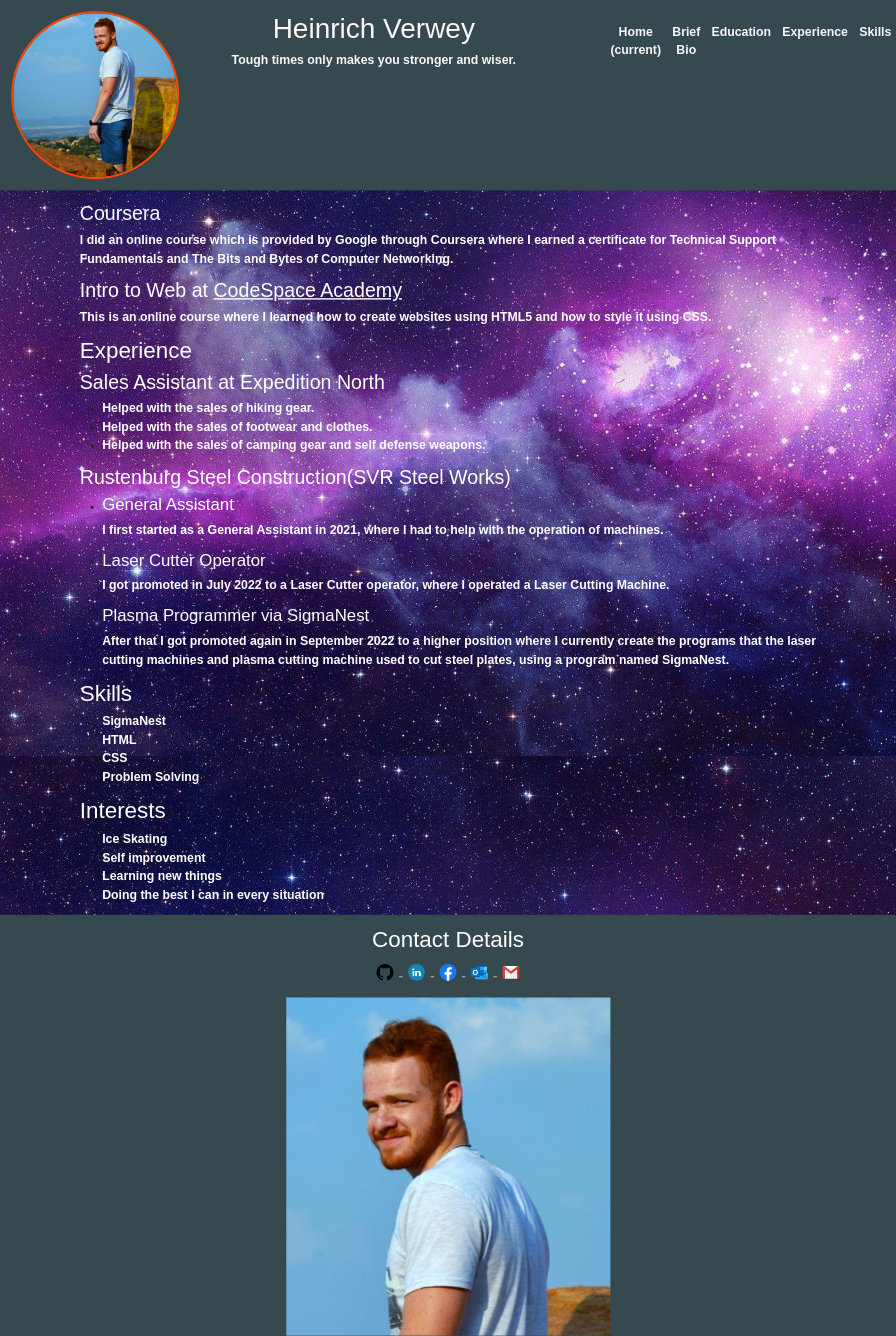
Repository: W3asl3y/IntroToWebDesign
Page: index.html
The author's editor kept a copy of each file at every save. The page is drawn from the files as they stood at one save, then again after the next save.
The browser window is 1280 px wide. The pictures show the whole page, at 70% of full size.

Above is the page before, as saved 2022-12-09 15:05:06.

After the next save:
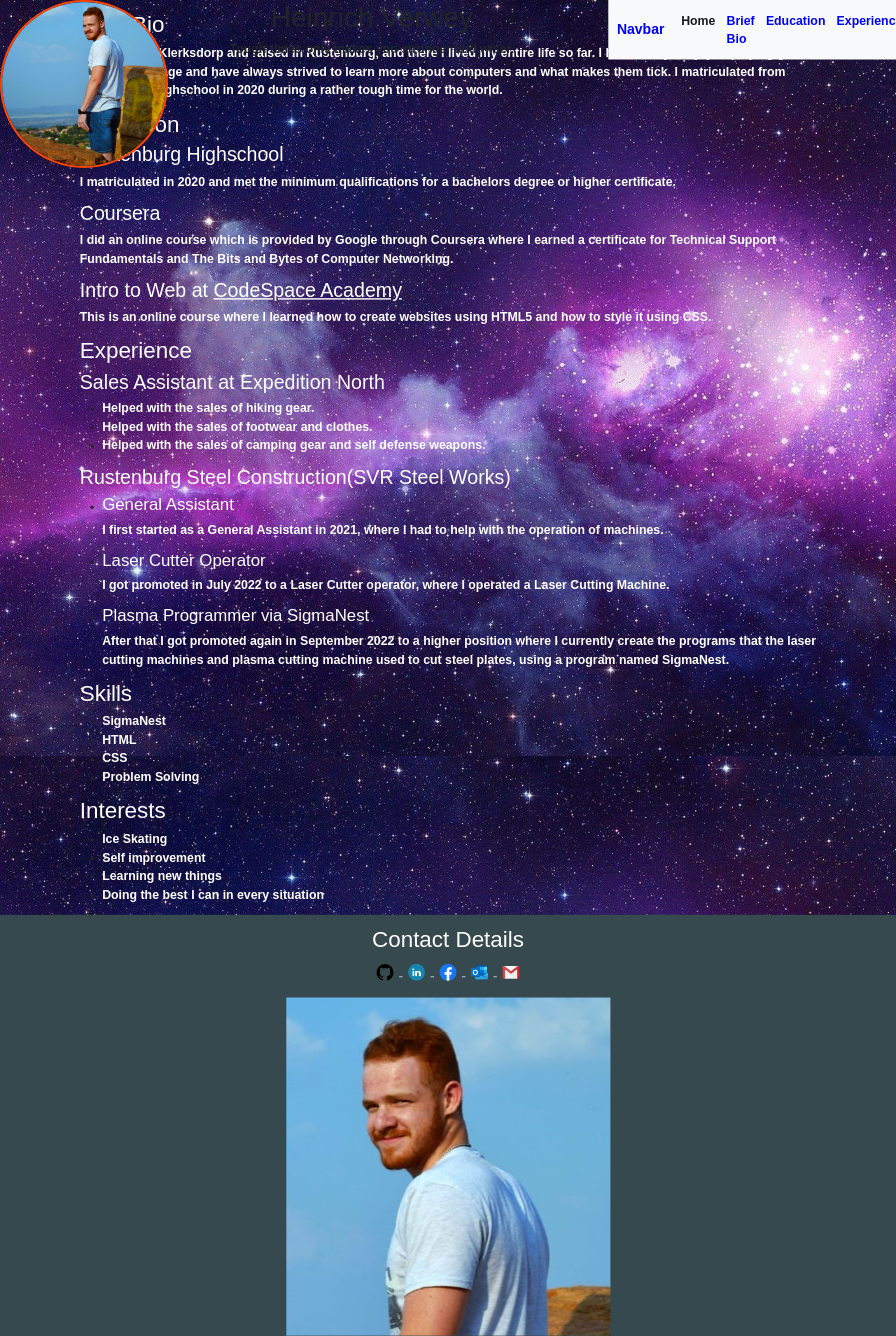
Saved 11 min 18 s later.
--- a/index.html
+++ b/index.html
@@ -17,7 +17,7 @@
 
     </head>
     <body>
-        <header id="heading" class="fixed-top">
+        <div id="heading" class="fixed-top">
             <div class="container-fluid text-center" style="padding: 0"></div>
                 <div class="row">
                         <div class="col-2">
@@ -33,44 +33,40 @@
                             </p>
                         </div>
                         <div class="col-4">
-                            <nav class="navbar navbar-expand-lg align-content-end">
-
-
-                                        <button class="navbar-toggler" type="button" data-bs-toggle="collapse" data-bs-target="#navbarSupportedContent" aria-controls="navbarSupportedContent" aria-expanded="false" aria-label="Toggle navigation">
+                            <nav class="navbar navbar-expand-lg bg-light">
+                                <div class="container-fluid">
+                                    <a class="navbar-brand" href="#">Navbar</a>
+                                    <button class="navbar-toggler" type="button" data-bs-toggle="collapse" data-bs-target="#navbarSupportedContent" aria-controls="navbarSupportedContent" aria-expanded="false" aria-label="Toggle navigation">
                                         <span class="navbar-toggler-icon"></span>
-                                        </button>
-
-                                    <ul class="navbar-nav mr-auto">
-
-                                        <li class="nav-item active">
-                                            <a class="nav-link" href="#">
-                                                Home
-                                                <span class ="sr-only">
-                                                    (current)
-                                                </span>
-                                            </a>
-                                        </li>
-                                        <li class="nav-item">
-                                            <a class="nav-link" href="#brief_bio"> Brief Bio </a>
-                                        </li>
-                                        <li class="nav-item">
-                                            <a class="nav-link" href="#education"> Education </a>
-                                        </li>
-                                        <li class="nav-item">
-                                            <a class="nav-link" href="#experience"> Experience </a>
-                                        </li>
-                                        <li class="nav-item">
-                                            <a class="nav-link" href="#skills"> Skills </a>
-                                        </li>
-                                        <li class="nav-item">
-                                            <a class="nav-link" href="#interests"> Interests </a>
-                                        </li>
-                                    </ul>
-
+                                    </button>
+                                    <div class="collapse navbar-collapse" id="navbarSupportedContent">
+                                        <ul class="navbar-nav me-auto mb-2 mb-lg-0">
+                                            <li class="nav-item">
+                                                <a class="nav-link active" aria-current="page" href="#">Home</a>
+                                            </li>
+                                            <li class="nav-item">
+                                                <a class="nav-link" href="#brief_bio"> Brief Bio </a>
+                                            </li>
+                                             <li class="nav-item dropdown">
+                                                <a class="nav-link" href="#education"> Education </a>
+                                             </li>
+
+                                            <li class="nav-item">
+                                                <a class="nav-link" href="#experience"> Experience </a>
+                                            </li>
+                                            <li class="nav-item">
+                                                <a class="nav-link" href="#skills"> Skills </a>
+                                            </li>
+                                            <li class="nav-item">
+                                                <a class="nav-link" href="#interests"> Interests </a>
+                                            </li>
+                                        </ul>
+                                    </div>
+                                </div>
                             </nav>
                         </div>
                 </div>
-            </header>
+            </div>
 
         </header>
 
